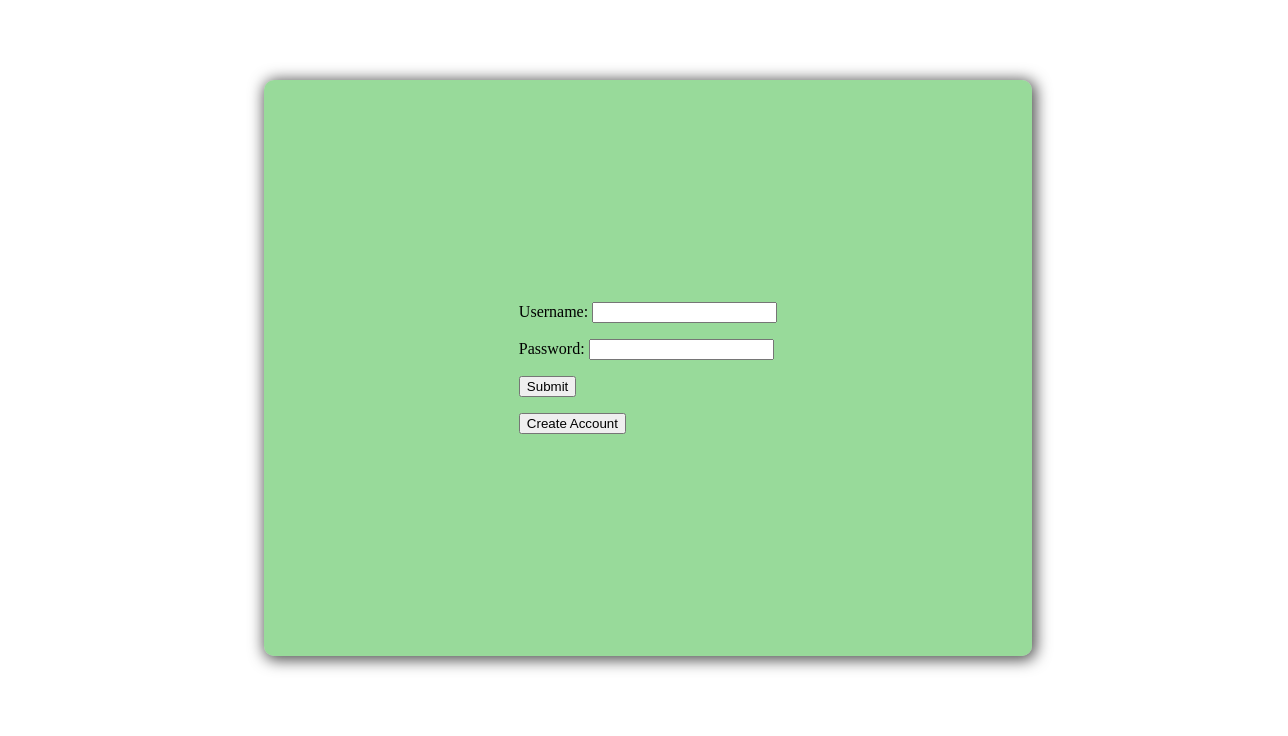
Repository: Jtho28/4830-group-project
Page: Esports-webproj/src/main/webapp/WEB-INF/Login.html
The author's editor kept a copy of each file at every save. The page is drawn from the files as they stood at one save, then again after the next save.
The browser window is 1280 px wide. The page is 1288 px wide, so the pictures cover 1288 px, including what lies to the right of the window. The pictures show the whole page.

Above is the page before, as saved 2022-11-16 21:05:30.

### Esports-webproj/src/main/webapp/WEB-INF/Login.html
<!DOCTYPE html>
<html>
<head>
<meta charset="UTF-8">
<title>Login</title>
<link rel="stylesheet" href="login.css">
</head>
<body>
<div class="login">
<form action="Login" method="post">
<p>Username: <input type="text" name="username" /></p>
<p>Password: <input type="password" name="password" /></p>
<p><input type="submit" /></p>
<p><button type="button">
Create Account
</button>
</form>
</div>
</body>
</html>

### Esports-webproj/src/main/webapp/WEB-INF/login.css
@charset "UTF-8";

body {
	display: flex;
	align-items: center;
	justify-content: center;
	height: 100vh;
	width: 100vw;
	background: rgba(255,255,255, .8);

}

.login {
	height: 80vh;
	width: 60vw;
	display: flex;
	align-items: center;
	justify-content: center;

	border-radius: 10px;
	background: rgba(50, 181, 55, .5);
	transition: ease all 0.5s;
	box-shadow: 2px 2px 15px 2px rgba(0,0,0, .7)
}
.login:hover {
	background: rgba(50, 181, 55, .5);
}

h1 {
	color: yellow;
	margin-left: 20px;
}

After the next save:
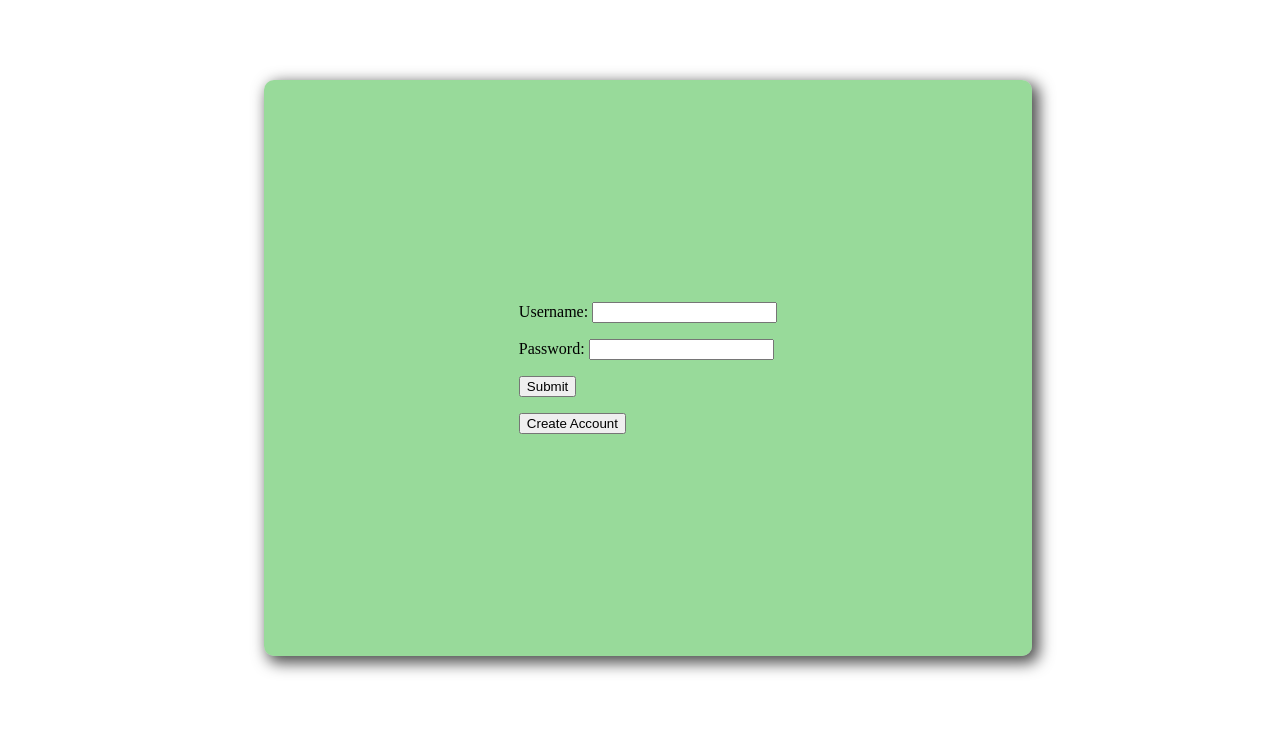
Saved 8 s later.
--- a/Esports-webproj/src/main/webapp/WEB-INF/login.css
+++ b/Esports-webproj/src/main/webapp/WEB-INF/login.css
@@ -20,7 +20,7 @@ body {
 	border-radius: 10px;
 	background: rgba(50, 181, 55, .5);
 	transition: ease all 0.5s;
-	box-shadow: 2px 2px 15px 2px rgba(0,0,0, .7)
+	box-shadow: 5px 5px 15px 2px rgba(0,0,0, .7)
 }
 .login:hover {
 	background: rgba(50, 181, 55, .5);
